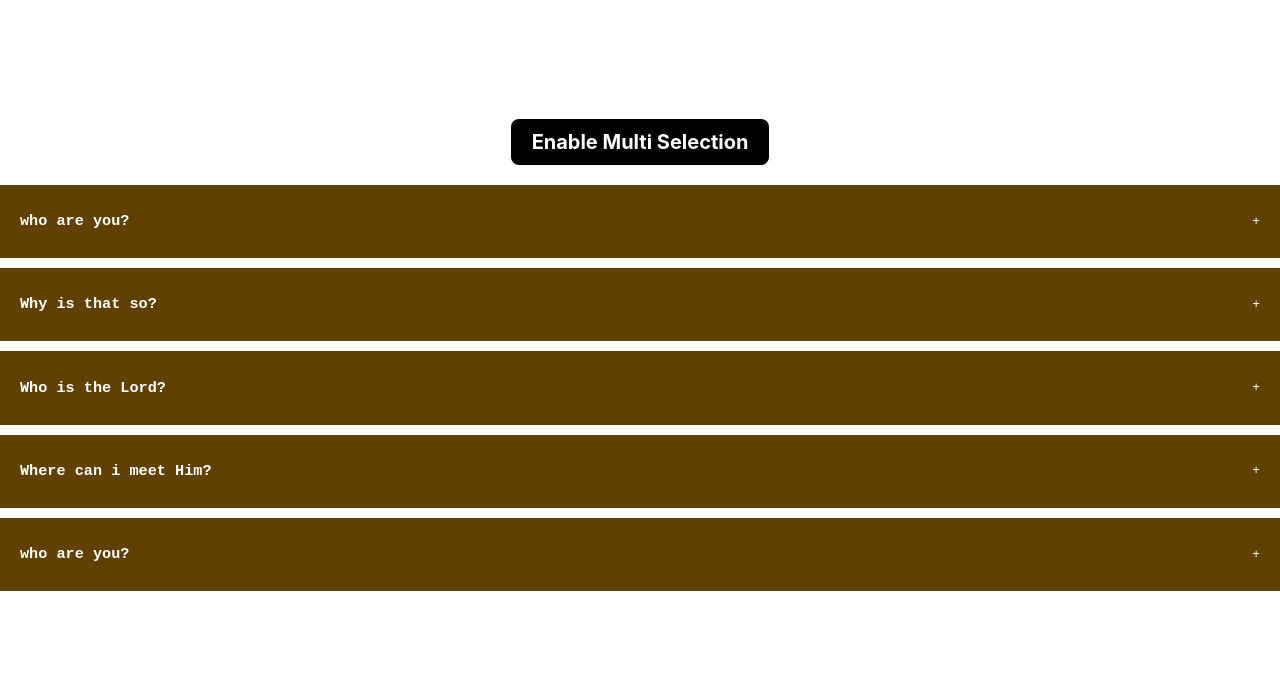
Repository: profbkmurage/reactprojectsBK
Page: /
The author's editor kept a copy of each file at every save. The page is drawn from the files as they stood at one save, then again after a run of saves.
The browser window is 1280 px wide. The pictures show the whole page.
The project was rebuilt for these pictures with package versions that can differ from the ones it lists, and the page was loaded fresh each time. Also part of the build but not shown: vite.config.js.

Above is the page before, as saved 2025-02-23 04:34:56.

After the next 4 saves:
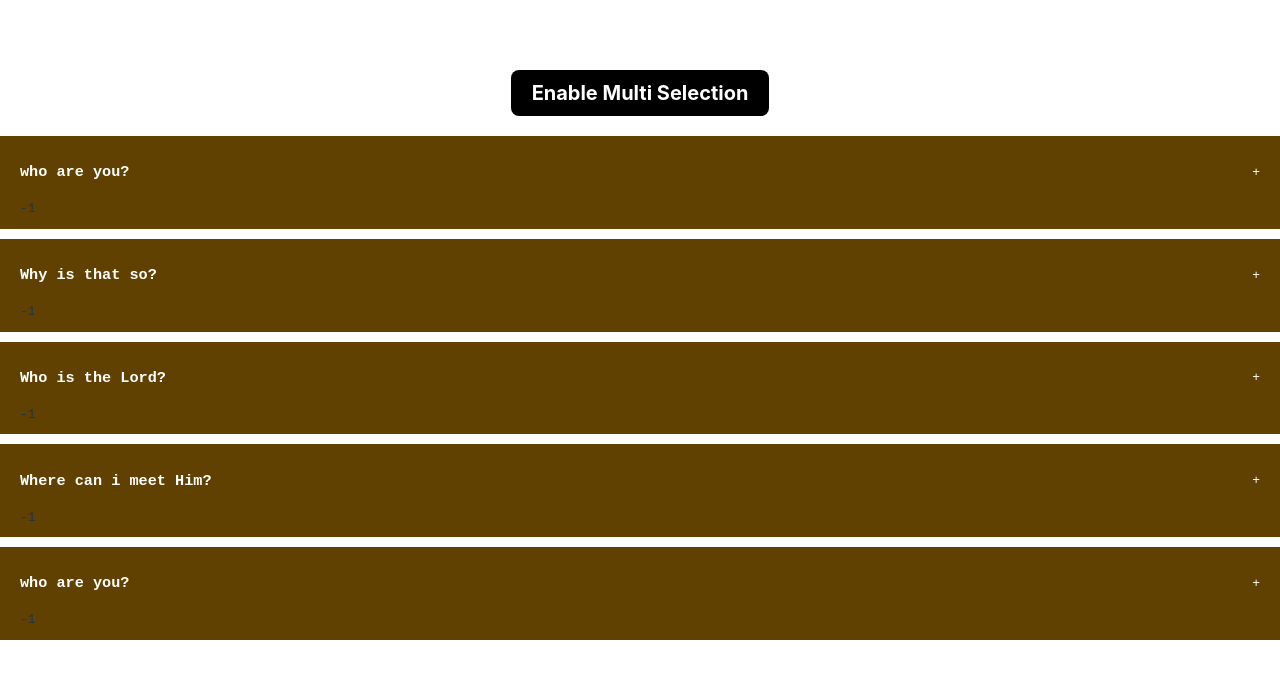
The 4 saves are shown as one change because they came seconds apart.
The last was saved 10 s later.
--- a/src/components/accordian/index.jsx
+++ b/src/components/accordian/index.jsx
@@ -42,7 +42,7 @@
                 <h3>{dataItem.question}</h3>
                 <span>+</span>
               </div>
-              {selected === dataItem.id || multipleSelection.indexOf}
+              {selected === dataItem.id || multipleSelection.indexOf(dataItem)}
             </div>
           ))
         ) : (

After the 5 saves that followed:
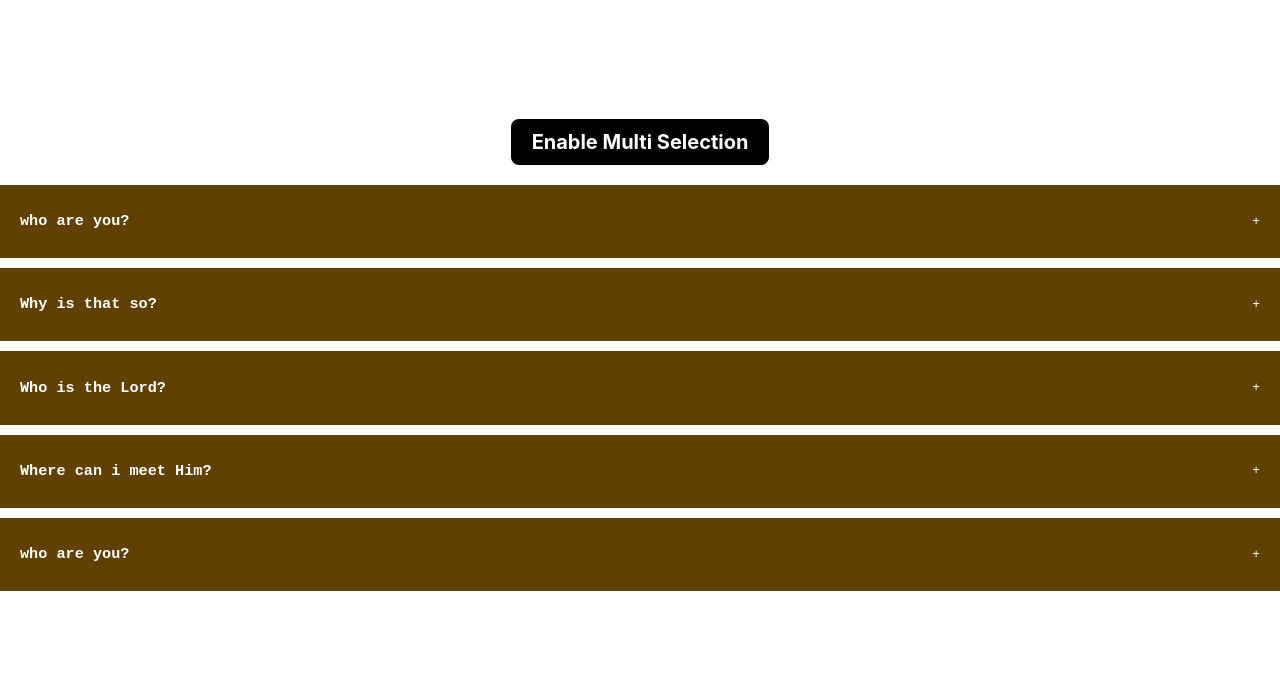
The 5 saves are shown as one change because 1 left the picture as it was and some came seconds apart.
The last was saved 15 s later.
--- a/src/components/accordian/index.jsx
+++ b/src/components/accordian/index.jsx
@@ -42,7 +42,7 @@
                 <h3>{dataItem.question}</h3>
                 <span>+</span>
               </div>
-              {selected === dataItem.id || multipleSelection.indexOf(dataItem)}
+              {selected === dataItem.id || multipleSelection.indexOf(dataItem.id)!==-1}
             </div>
           ))
         ) : (
